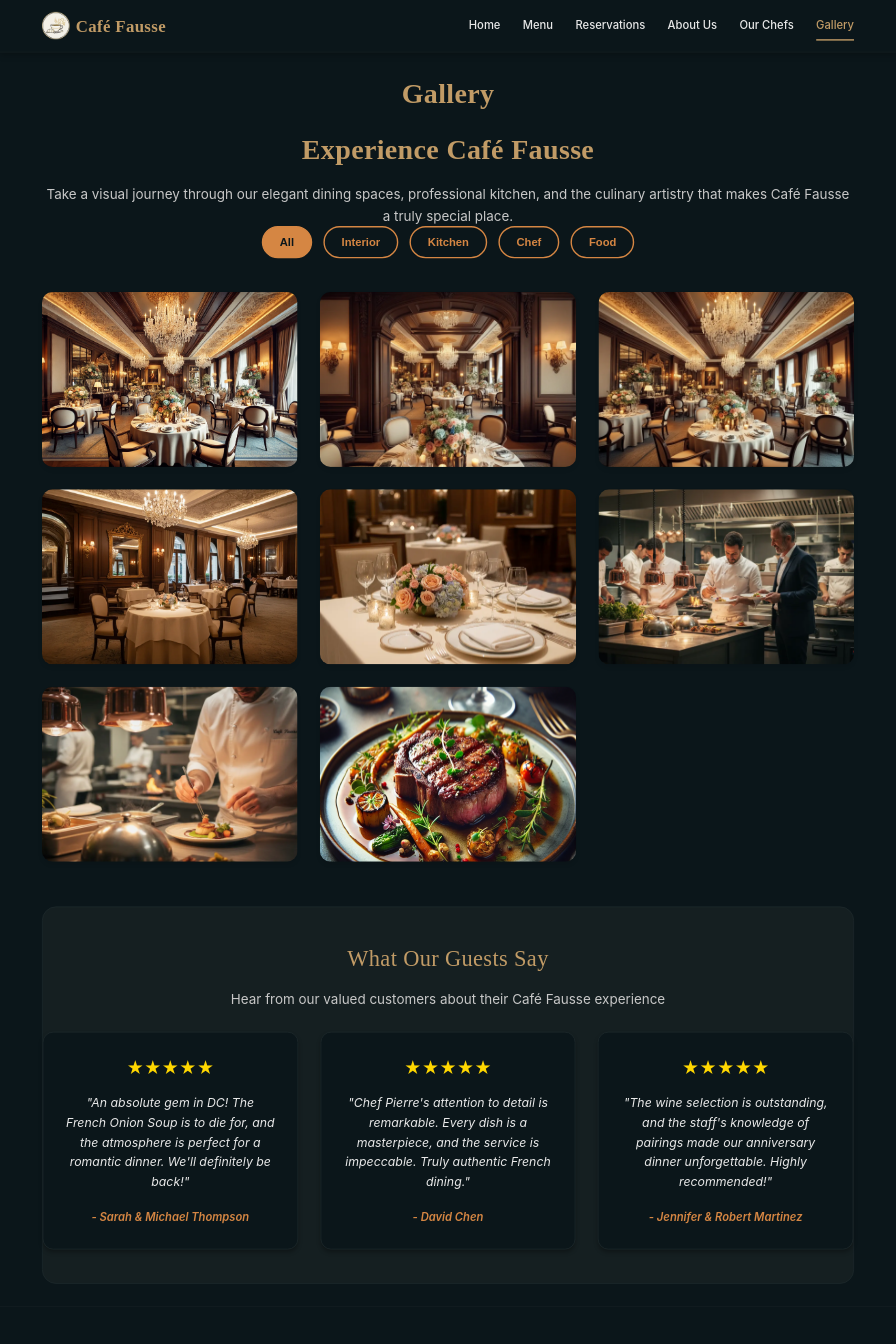
Repository: MatVanDenArt/MSSE-Cafe-Fausse
Page: /gallery (app in frontend/)
These files come from the project's save history. The page is drawn as it stood at one moment and after the next save; the edit follows.
The browser window is 1280 px wide. The pictures show the part of the page from y = 0 to 1920 px (the page is 2235 px tall before and 3283 px after), at 70% of full size.
Backgrounds fixed to the window are drawn as part of the page. The project was rebuilt for these pictures with package versions that can differ from the ones it lists, and the page was loaded fresh each time. Also part of the build but not shown: frontend/src/pages/Home.css, frontend/src/pages/Home.js, frontend/src/pages/Menu.css, frontend/src/pages/Menu.js, frontend/src/pages/Reservations.css, frontend/src/pages/Reservations.js, frontend/src/pages/About.css, frontend/src/pages/About.js.

Above is the page before, as saved 2025-11-05 16:14:30.

### frontend/src/pages/Gallery.js
import React, { useState } from "react";
import "./Gallery.css";

const Gallery = () => {
  const [selectedImage, setSelectedImage] = useState(null);
  const [selectedCategory, setSelectedCategory] = useState("all");

  const galleryImages = [
    {
      id: 1,
      src: "/images/Gallery - Cafe Interior.webp",
      alt: "Café Interior",
      category: "interior",
      title: "Elegant Dining Room",
    },
    {
      id: 2,
      src: "/images/Gallery - Dining Area.webp",
      alt: "Dining Area",
      category: "interior",
      title: "Intimate Dining Space",
    },
    {
      id: 3,
      src: "/images/Gallery - Grand Dining Room.webp",
      alt: "Grand Dining Room",
      category: "interior",
      title: "Grand Dining Room",
    },
    {
      id: 4,
      src: "/images/Gallery - Cosy Corner.webp",
      alt: "Cosy Corner",
      category: "interior",
      title: "Cozy Corner",
    },
    {
      id: 5,
      src: "/images/Gallery - Table.webp",
      alt: "Table Setting",
      category: "interior",
      title: "Elegant Table Setting",
    },
    {
      id: 6,
      src: "/images/Gallery - Kitchen.webp",
      alt: "Kitchen",
      category: "kitchen",
      title: "Professional Kitchen",
    },
    {
      id: 7,
      src: "/images/Gallery - Chef.webp",
      alt: "Chef",
      category: "chef",
      title: "Chef Pierre Dubois",
    },
    {
      id: 8,
      src: "/images/Gallery - Ribeye Steak.webp",
      alt: "Ribeye Steak",
      category: "food",
      title: "Signature Ribeye Steak",
    },
  ];

  const categories = [
    { id: "all", name: "All" },
    { id: "interior", name: "Interior" },
    { id: "kitchen", name: "Kitchen" },
    { id: "chef", name: "Chef" },
    { id: "food", name: "Food" },
  ];

  const filteredImages =
    selectedCategory === "all"
      ? galleryImages
      : galleryImages.filter((img) => img.category === selectedCategory);

  const openLightbox = (image) => {
    setSelectedImage(image);
  };

  const closeLightbox = () => {
    setSelectedImage(null);
  };

  const navigateImage = (direction) => {
    const currentIndex = filteredImages.findIndex(
      (img) => img.id === selectedImage.id
    );
    let newIndex;

    if (direction === "prev") {
      newIndex =
        currentIndex > 0 ? currentIndex - 1 : filteredImages.length - 1;
    } else {
      newIndex =
        currentIndex < filteredImages.length - 1 ? currentIndex + 1 : 0;
    }

    setSelectedImage(filteredImages[newIndex]);
  };

  return (
    <div className="gallery">
      <div className="container">
        <div className="section-title">
          <h1>Gallery</h1>
          <h2>Experience Café Fausse</h2>
          <p>
            Take a visual journey through our elegant dining spaces,
            professional kitchen, and the culinary artistry that makes Café
            Fausse a truly special place.
          </p>
        </div>

        {/* Category Filter */}
        <div className="gallery-filters">
          {categories.map((category) => (
            <button
              key={category.id}
              className={`filter-btn ${
                selectedCategory === category.id ? "active" : ""
              }`}
              onClick={() => setSelectedCategory(category.id)}
            >
              {category.name}
            </button>
          ))}
        </div>

        {/* Gallery Grid */}
        <div className="gallery-grid">
          {filteredImages.map((image) => (
            <div
              key={image.id}
              className="gallery-item"
              onClick={() => openLightbox(image)}
            >
              <img src={image.src} alt={image.alt} className="gallery-image" />
              <div className="gallery-overlay">
                <h3>{image.title}</h3>
                <p>Click to view</p>
              </div>
            </div>
          ))}
        </div>

        {/* Customer Reviews Section */}
        <section className="reviews-section">
          <div className="section-title">
            <h3>What Our Guests Say</h3>
            <p>
              Hear from our valued customers about their Café Fausse experience
            </p>
          </div>
          <div className="reviews-grid">
            <div className="review-card">
              <div className="review-stars">★★★★★</div>
              <blockquote>
                "An absolute gem in DC! The French Onion Soup is to die for, and
                the atmosphere is perfect for a romantic dinner. We'll
                definitely be back!"
              </blockquote>
              <cite>- Sarah & Michael Thompson</cite>
            </div>
            <div className="review-card">
              <div className="review-stars">★★★★★</div>
              <blockquote>
                "Chef Pierre's attention to detail is remarkable. Every dish is
                a masterpiece, and the service is impeccable. Truly authentic
                French dining."
              </blockquote>
              <cite>- David Chen</cite>
            </div>
            <div className="review-card">
              <div className="review-stars">★★★★★</div>
              <blockquote>
                "The wine selection is outstanding, and the staff's knowledge of
                pairings made our anniversary dinner unforgettable. Highly
                recommended!"
              </blockquote>
              <cite>- Jennifer & Robert Martinez</cite>
            </div>
          </div>
        </section>
      </div>

      {/* Lightbox Modal */}
      {selectedImage && (
        <div className="lightbox" onClick={closeLightbox}>
          <div
            className="lightbox-content"
            onClick={(e) => e.stopPropagation()}
          >
            <button className="lightbox-close" onClick={closeLightbox}>
              ×
            </button>
            <button
              className="lightbox-nav lightbox-prev"
              onClick={() => navigateImage("prev")}
            >
              ‹
            </button>
            <img
              src={selectedImage.src}
              alt={selectedImage.alt}
              className="lightbox-image"
            />
            <button
              className="lightbox-nav lightbox-next"
              onClick={() => navigateImage("next")}
            >
              ›
            </button>
            <div className="lightbox-caption">
              <h3>{selectedImage.title}</h3>
            </div>
          </div>
        </div>
      )}
    </div>
  );
};

export default Gallery;

### frontend/src/components/Header.css
.nav {
  background-color: #0b161a;
  box-shadow: 0 2px 10px rgba(0, 0, 0, 0.3);
  position: fixed;
  top: 0;
  left: 0;
  right: 0;
  z-index: 1000;
  border-bottom: 1px solid #151f21;
}

.nav-container {
  display: flex;
  justify-content: space-between;
  align-items: center;
  padding: 1rem 0;
}

.nav-logo {
  display: flex;
  align-items: center;
  gap: 0.5rem;
  text-decoration: none;
  font-family: "Cormorant Garamond", "EB Garamond", "Georgia", "Times New Roman",
    serif;
  font-weight: 500;
  letter-spacing: 0.5px;
}

.nav-logo-img {
  height: 40px;
  width: auto;
}

.nav-logo-text {
  font-size: 1.5rem;
  font-weight: bold;
  color: #c19b66;
  font-family: "Dancing Script", "Cormorant Garamond", serif;
}

.nav-logo:hover .nav-logo-text {
  color: #c19b66;
}

.nav-menu {
  display: flex;
  list-style: none;
  gap: 2rem;
  margin: 0;
  padding: 0;
}

.nav-link {
  color: #e8e8e8;
  text-decoration: none;
  font-weight: 500;
  transition: color 0.3s ease;
  padding: 0.5rem 0;
  position: relative;
}

.nav-link:hover,
.nav-link.active {
  color: #c19b66;
}

.nav-link.active::after {
  content: "";
  position: absolute;
  bottom: 0;
  left: 0;
  right: 0;
  height: 2px;
  background-color: #c19b66;
}

.nav-toggle {
  display: none;
  flex-direction: column;
  background: none;
  border: none;
  cursor: pointer;
  padding: 0.5rem;
}

.nav-toggle-line {
  width: 25px;
  height: 3px;
  background-color: #c19b66;
  margin: 3px 0;
  transition: 0.3s;
}

/* Mobile Navigation */
@media (max-width: 768px) {
  .nav-toggle {
    display: flex;
  }

  .nav-menu {
    position: fixed;
    top: 70px;
    left: 0;
    right: 0;
    background-color: #0b161a;
    flex-direction: column;
    padding: 2rem;
    box-shadow: 0 2px 10px rgba(0, 0, 0, 0.3);
    transform: translateY(-100%);
    opacity: 0;
    visibility: hidden;
    transition: all 0.3s ease;
    z-index: 999;
    border-top: 1px solid #151f21;
  }

  .nav-menu-open {
    transform: translateY(0);
    opacity: 1;
    visibility: visible;
  }

  .nav-link {
    padding: 1rem 0;
    border-bottom: 1px solid #151f21;
    text-align: center;
    color: #e8e8e8;
  }

  .nav-link:last-child {
    border-bottom: none;
  }

  .nav-link:hover,
  .nav-link.active {
    color: #c19b66;
  }

  .nav-toggle.open .nav-toggle-line:nth-child(1) {
    transform: rotate(45deg) translate(5px, 5px);
  }

  .nav-toggle.open .nav-toggle-line:nth-child(2) {
    opacity: 0;
  }

  .nav-toggle.open .nav-toggle-line:nth-child(3) {
    transform: rotate(-45deg) translate(7px, -6px);
  }
}

### frontend/src/components/Footer.css
.footer {
  background-color: #0b161a;
  color: #e8e8e8;
  padding: 3rem 0 1rem;
  margin-top: auto;
  border-top: 1px solid #151f21;
}

.footer-content {
  display: grid;
  grid-template-columns: repeat(auto-fit, minmax(250px, 1fr));
  gap: 2rem;
  margin-bottom: 2rem;
}

.footer-section h3 {
  color: #c19b66;
  font-size: 1.8rem;
  font-family: "Cormorant Garamond", "Times New Roman", serif;
  font-weight: 500;
  letter-spacing: 0.5px;
  margin-bottom: 0.25rem;
}

.footer-section p {
  margin-bottom: 0.5rem;
  line-height: 1.6;
  color: #c8c8c8;
}

.footer-section strong {
  color: white;
}

.newsletter-form {
  display: flex;
  flex-direction: column;
  gap: 0.5rem;
  margin-top: 1rem;
}

.newsletter-input {
  padding: 0.75rem;
  border: 1px solid #151f21;
  border-radius: 5px;
  background-color: #151f21;
  color: #e8e8e8;
  font-size: 0.9rem;
}

.newsletter-input::placeholder {
  color: #ccc;
}

.newsletter-input:focus {
  outline: none;
  border-color: #c19b66;
}

.newsletter-btn {
  padding: 0.75rem;
  font-size: 0.9rem;
  border: 2px solid #c19b66;
  background-color: transparent;
  color: #c19b66;
}

.newsletter-btn:hover {
  background-color: #c19b66;
  color: #0b161a;
}

.newsletter-btn:disabled {
  opacity: 0.6;
  cursor: not-allowed;
}

.newsletter-success {
  background-color: #4caf50;
  padding: 1rem;
  border-radius: 5px;
  text-align: center;
  margin-top: 1rem;
}

.newsletter-success p {
  margin: 0;
  color: white;
  font-weight: 600;
}

.footer-bottom {
  text-align: center;
  padding-top: 2rem;
  border-top: 1px solid #151f21;
  color: #a8a8a8;
}

.footer-bottom p {
  margin: 0;
  font-size: 0.9rem;
}

@media (max-width: 768px) {
  .footer {
    padding: 2rem 0 1rem;
  }

  .footer-content {
    grid-template-columns: 1fr;
    gap: 1.5rem;
  }

  .newsletter-form {
    flex-direction: column;
  }
}

### frontend/src/pages/Gallery.css
.gallery {
  padding: 2rem 0;
}

.gallery-filters {
  display: flex;
  justify-content: center;
  gap: 1rem;
  margin-bottom: 3rem;
  flex-wrap: wrap;
}

.filter-btn {
  padding: 0.75rem 1.5rem;
  border: 2px solid #d58643;
  background-color: transparent;
  color: #d58643;
  border-radius: 25px;
  cursor: pointer;
  font-weight: 600;
  transition: all 0.3s ease;
  font-size: 1rem;
}

.filter-btn:hover,
.filter-btn.active {
  background-color: #d58643;
  color: #0b161a;
}

.gallery-grid {
  display: grid;
  grid-template-columns: repeat(auto-fit, minmax(300px, 1fr));
  gap: 2rem;
  margin-bottom: 4rem;
}

.gallery-item {
  position: relative;
  border-radius: 15px;
  overflow: hidden;
  cursor: pointer;
  transition: transform 0.3s ease;
  box-shadow: 0 4px 6px rgba(0, 0, 0, 0.1);
}

.gallery-item:hover {
  transform: translateY(-5px);
}

.gallery-image {
  width: 100%;
  height: 250px;
  object-fit: cover;
  display: block;
  transition: transform 0.3s ease;
}

.gallery-item:hover .gallery-image {
  transform: scale(1.05);
}

.gallery-overlay {
  position: absolute;
  bottom: 0;
  left: 0;
  right: 0;
  background: linear-gradient(transparent, rgba(0, 0, 0, 0.8));
  color: white;
  padding: 2rem 1.5rem 1.5rem;
  transform: translateY(100%);
  transition: transform 0.3s ease;
}

.gallery-item:hover .gallery-overlay {
  transform: translateY(0);
}

.gallery-overlay h3 {
  margin: 0 0 0.5rem 0;
  font-size: 1.2rem;
  color: white;
  font-family: "Dancing Script", "Cormorant Garamond", serif;
  font-weight: 500;
}

.gallery-overlay p {
  margin: 0;
  font-size: 0.9rem;
  opacity: 0.9;
}

.reviews-section {
  background: #151f21;
  padding: 3rem 0;
  border-radius: 20px;
  margin-top: 2rem;
  border: 1px solid #1f2a2d;
}

.reviews-grid {
  display: grid;
  grid-template-columns: repeat(auto-fit, minmax(300px, 1fr));
  gap: 2rem;
  margin-top: 2rem;
}

.review-card {
  background: #0b161a;
  padding: 2rem;
  border-radius: 15px;
  box-shadow: 0 4px 6px rgba(0, 0, 0, 0.3);
  text-align: center;
  transition: transform 0.3s ease;
  border: 1px solid #1f2a2d;
}

.review-card:hover {
  transform: translateY(-5px);
}

.review-stars {
  color: #ffd700;
  font-size: 1.5rem;
  margin-bottom: 1rem;
}

.review-card blockquote {
  font-size: 1.1rem;
  font-style: italic;
  line-height: 1.6;
  margin-bottom: 1.5rem;
  color: #e8e8e8;
}

.review-card cite {
  color: #d58643;
  font-weight: 600;
  font-size: 1rem;
}

/* Lightbox Styles */
.lightbox {
  position: fixed;
  top: 0;
  left: 0;
  width: 100%;
  height: 100%;
  background-color: rgba(0, 0, 0, 0.9);
  display: flex;
  justify-content: center;
  align-items: center;
  z-index: 2000;
  cursor: pointer;
}

.lightbox-content {
  position: relative;
  max-width: 90%;
  max-height: 90%;
  display: flex;
  align-items: center;
  justify-content: center;
  cursor: default;
}

.lightbox-image {
  max-width: 100%;
  max-height: 100%;
  object-fit: contain;
  border-radius: 10px;
}

.lightbox-close {
  position: absolute;
  top: -50px;
  right: 0;
  background: none;
  border: none;
  color: white;
  font-size: 2rem;
  cursor: pointer;
  padding: 0.5rem;
  z-index: 2001;
}

.lightbox-nav {
  position: absolute;
  top: 50%;
  transform: translateY(-50%);
  background: rgba(255, 255, 255, 0.2);
  border: none;
  color: white;
  font-size: 2rem;
  cursor: pointer;
  padding: 1rem;
  border-radius: 50%;
  transition: background-color 0.3s ease;
  z-index: 2001;
}

.lightbox-nav:hover {
  background: rgba(255, 255, 255, 0.3);
}

.lightbox-prev {
  left: -60px;
}

.lightbox-next {
  right: -60px;
}

.lightbox-caption {
  position: absolute;
  bottom: -50px;
  left: 50%;
  transform: translateX(-50%);
  color: white;
  text-align: center;
}

.lightbox-caption h3 {
  margin: 0;
  font-size: 1.2rem;
  color: white;
}

@media (max-width: 768px) {
  .gallery {
    padding: 1rem 0;
  }

  .gallery-filters {
    gap: 0.5rem;
    margin-bottom: 2rem;
  }

  .filter-btn {
    padding: 0.5rem 1rem;
    font-size: 0.9rem;
  }

  .gallery-grid {
    grid-template-columns: repeat(auto-fit, minmax(250px, 1fr));
    gap: 1.5rem;
    margin-bottom: 3rem;
  }

  .gallery-image {
    height: 200px;
  }

  .gallery-overlay {
    padding: 1.5rem 1rem 1rem;
  }

  .gallery-overlay h3 {
    font-size: 1.1rem;
  }

  .reviews-section {
    padding: 2rem 0;
  }

  .reviews-grid {
    grid-template-columns: 1fr;
    gap: 1.5rem;
  }

  .review-card {
    padding: 1.5rem;
  }

  .review-card blockquote {
    font-size: 1rem;
  }

  .lightbox-nav {
    font-size: 1.5rem;
    padding: 0.75rem;
  }

  .lightbox-prev {
    left: -40px;
  }

  .lightbox-next {
    right: -40px;
  }

  .lightbox-close {
    top: -40px;
    font-size: 1.5rem;
  }
}

@media (max-width: 480px) {
  .gallery-grid {
    grid-template-columns: 1fr;
    gap: 1rem;
  }

  .gallery-image {
    height: 180px;
  }

  .gallery-overlay {
    padding: 1rem;
  }

  .gallery-overlay h3 {
    font-size: 1rem;
  }

  .gallery-overlay p {
    font-size: 0.8rem;
  }

  .review-card {
    padding: 1rem;
  }

  .review-card blockquote {
    font-size: 0.9rem;
  }

  .lightbox-nav {
    font-size: 1.2rem;
    padding: 0.5rem;
  }

  .lightbox-prev {
    left: -30px;
  }

  .lightbox-next {
    right: -30px;
  }
}

Loaded but not shown: frontend/public/index.html (common file); frontend/src/index.js (common file); frontend/src/index.css (common file); frontend/src/reportWebVitals.js (common file); frontend/src/components/Footer.js (119 lines, source omitted); frontend/src/components/Header.js (120 lines, source omitted); frontend/src/App.js (34 lines, source omitted); frontend/src/App.css (416 lines, source omitted)

After the next save:
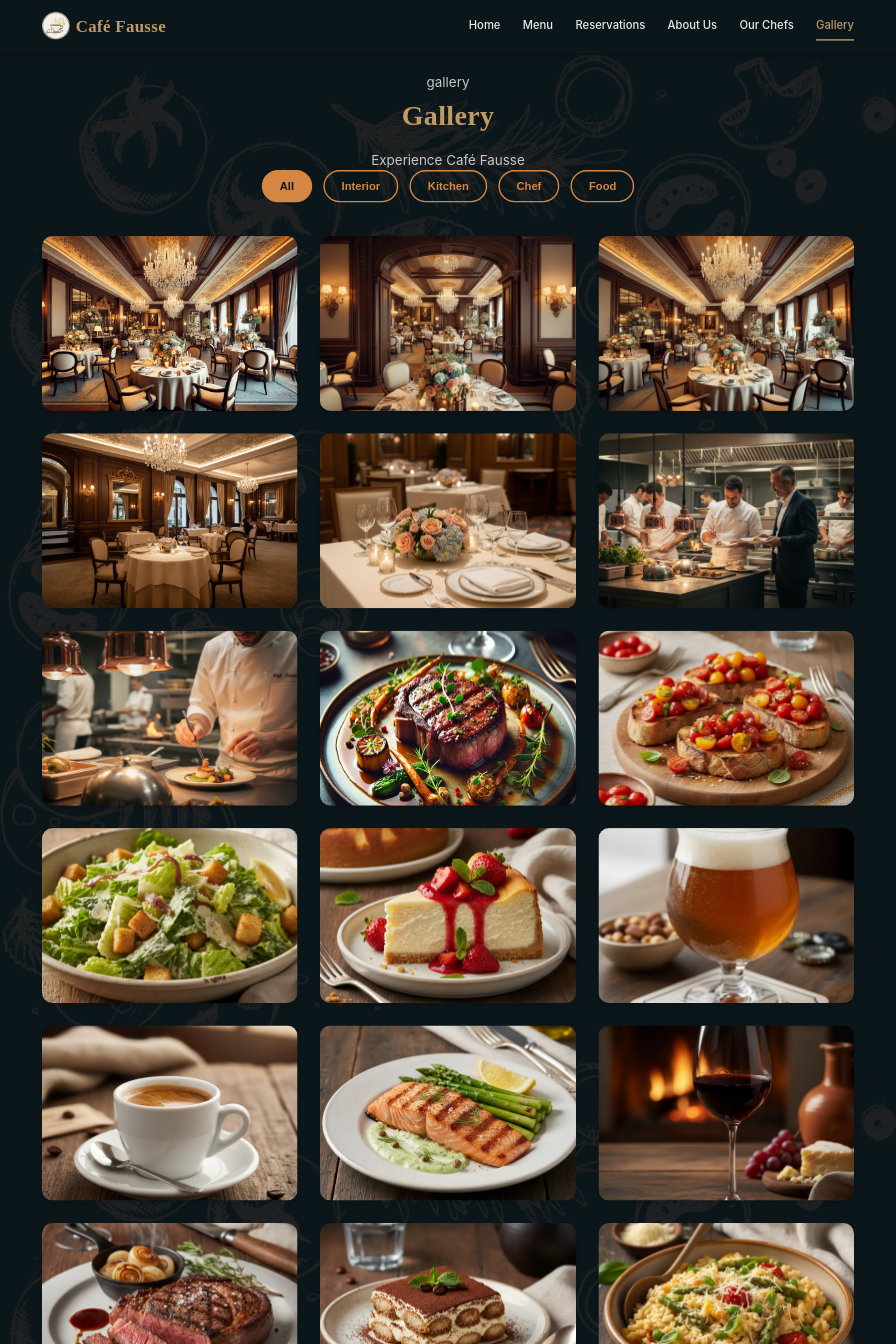
Saved 51 s later.
--- a/frontend/src/pages/Gallery.js
+++ b/frontend/src/pages/Gallery.js
@@ -61,6 +61,83 @@ const Gallery = () => {
       alt: "Ribeye Steak",
       category: "food",
       title: "Signature Ribeye Steak",
+    },
+    {
+      id: 9,
+      src: "/images/Menu - Bruschetta.webp",
+      alt: "Bruschetta",
+      category: "food",
+      title: "Bruschetta",
+    },
+    {
+      id: 10,
+      src: "/images/Menu - Ceasar Salad.webp",
+      alt: "Caesar Salad",
+      category: "food",
+      title: "Caesar Salad",
+    },
+    {
+      id: 11,
+      src: "/images/Menu - Cheesecake.webp",
+      alt: "Cheesecake",
+      category: "food",
+      title: "Cheesecake",
+    },
+    {
+      id: 12,
+      src: "/images/Menu - Craft Beer.webp",
+      alt: "Craft Beer",
+      category: "food",
+      title: "Craft Beer",
+    },
+    {
+      id: 13,
+      src: "/images/Menu - Espresso.webp",
+      alt: "Espresso",
+      category: "food",
+      title: "Espresso",
+    },
+    {
+      id: 14,
+      src: "/images/Menu - Grilled Salmon.webp",
+      alt: "Grilled Salmon",
+      category: "food",
+      title: "Grilled Salmon",
+    },
+    {
+      id: 15,
+      src: "/images/Menu - Red Wine.webp",
+      alt: "Red Wine",
+      category: "food",
+      title: "Red Wine",
+    },
+    {
+      id: 16,
+      src: "/images/Menu - Ribeye Steak.webp",
+      alt: "Ribeye Steak",
+      category: "food",
+      title: "Ribeye Steak",
+    },
+    {
+      id: 17,
+      src: "/images/Menu - Tiramisu.webp",
+      alt: "Tiramisu",
+      category: "food",
+      title: "Tiramisu",
+    },
+    {
+      id: 18,
+      src: "/images/Menu - Vegetable Risotto.webp",
+      alt: "Vegetable Risotto",
+      category: "food",
+      title: "Vegetable Risotto",
+    },
+    {
+      id: 19,
+      src: "/images/Menu - White Wine.webp",
+      alt: "White Wine",
+      category: "food",
+      title: "White Wine",
     },
   ];
 
@@ -103,16 +180,21 @@ const Gallery = () => {
   };
 
   return (
-    <div className="gallery">
+    <div
+      className="gallery"
+      style={{
+        backgroundImage: `url('/images/bg-5.png')`,
+        backgroundSize: "cover",
+        backgroundPosition: "center",
+        backgroundRepeat: "no-repeat",
+        backgroundAttachment: "fixed",
+      }}
+    >
       <div className="container">
         <div className="section-title">
+          <p>gallery</p>
           <h1>Gallery</h1>
-          <h2>Experience Café Fausse</h2>
-          <p>
-            Take a visual journey through our elegant dining spaces,
-            professional kitchen, and the culinary artistry that makes Café
-            Fausse a truly special place.
-          </p>
+          <p className="chefs-experience">Experience Café Fausse</p>
         </div>
 
         {/* Category Filter */}
@@ -199,24 +281,52 @@ const Gallery = () => {
             </button>
             <button
               className="lightbox-nav lightbox-prev"
-              onClick={() => navigateImage("prev")}
+              onClick={(e) => {
+                e.stopPropagation();
+                navigateImage("prev");
+              }}
             >
               ‹
             </button>
-            <img
-              src={selectedImage.src}
-              alt={selectedImage.alt}
-              className="lightbox-image"
-            />
+            <div className="lightbox-image-wrapper">
+              <img
+                src={selectedImage.src}
+                alt={selectedImage.alt}
+                className="lightbox-image"
+              />
+              <div className="lightbox-caption">
+                <h3>{selectedImage.title}</h3>
+              </div>
+              <div className="lightbox-nav-container">
+                <button
+                  className="lightbox-nav lightbox-prev-mobile"
+                  onClick={(e) => {
+                    e.stopPropagation();
+                    navigateImage("prev");
+                  }}
+                >
+                  ‹
+                </button>
+                <button
+                  className="lightbox-nav lightbox-next-mobile"
+                  onClick={(e) => {
+                    e.stopPropagation();
+                    navigateImage("next");
+                  }}
+                >
+                  ›
+                </button>
+              </div>
+            </div>
             <button
               className="lightbox-nav lightbox-next"
-              onClick={() => navigateImage("next")}
+              onClick={(e) => {
+                e.stopPropagation();
+                navigateImage("next");
+              }}
             >
               ›
             </button>
-            <div className="lightbox-caption">
-              <h3>{selectedImage.title}</h3>
-            </div>
           </div>
         </div>
       )}
